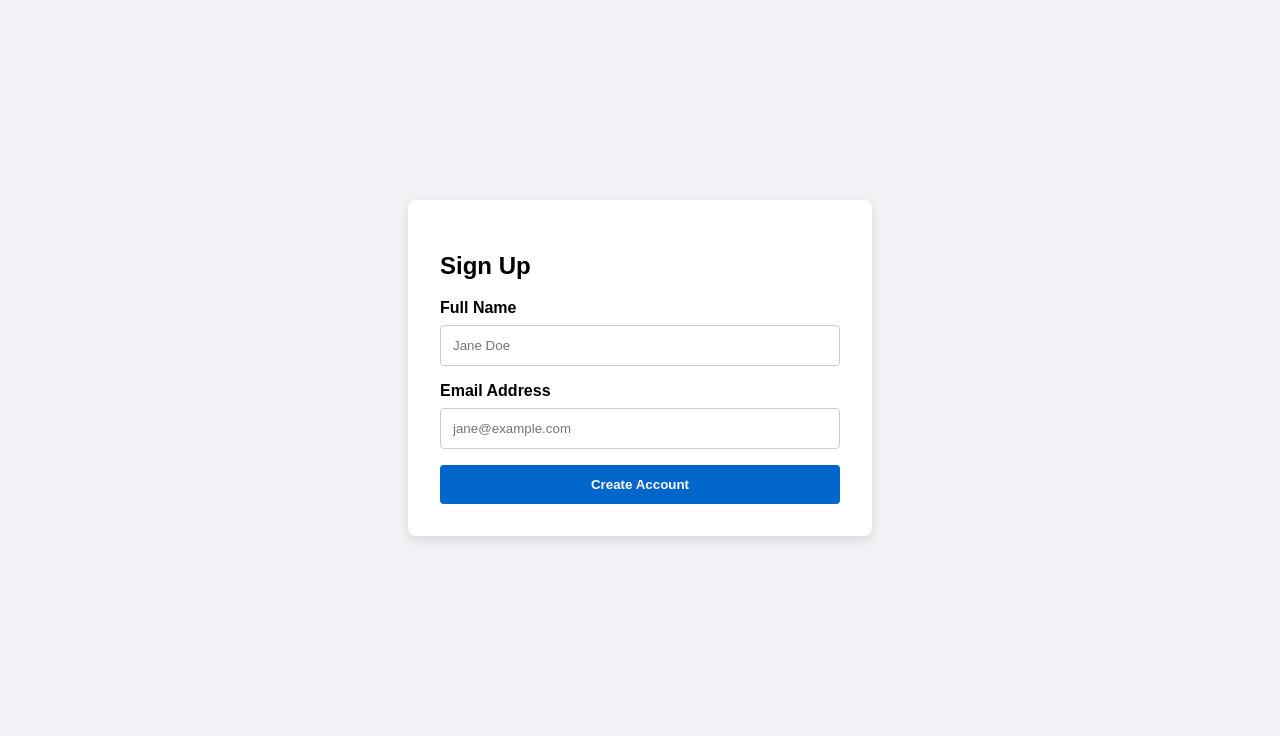
Repository: scherron56/nbbtm-central-cms
Page: http://localhost/register.php
The author's editor kept a copy of each file at every save. The page is drawn from the files as they stood at one save, then again after the next save.
The browser window is 1280 px wide. The pictures show the whole page.
The page is run by PHP 8.4 with error messages shown; the project is at /var/www/html/.

Above is the page before, as saved 2026-08-18 12:01:32.

After the next save:
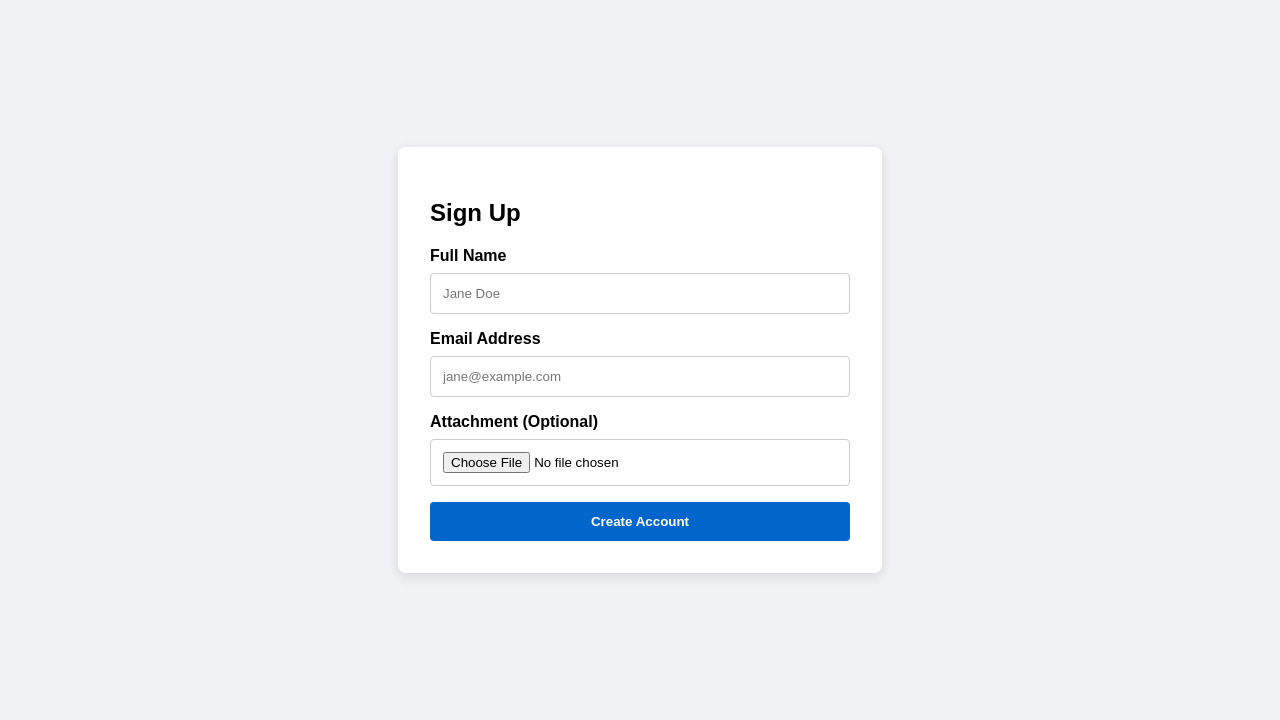
Saved 111 s later.
--- a/register.php
+++ b/register.php
@@ -1,5 +1,5 @@
 <?php
-// Enable detailed error reporting
+// Enable detailed error reporting for development
 ini_set('display_errors', 1);
 ini_set('display_startup_errors', 1);
 error_reporting(E_ALL);
@@ -10,8 +10,8 @@ require_once __DIR__ . '/email_templates.php';
 $message = '';
 $statusClass = '';
 
-// Check if form was submitted safely (handles missing REQUEST_METHOD in CLI/edge environments)
-if (($_SERVER['REQUEST_METHOD'] ?? 'GET') === 'POST') {
+// Check if form was submitted
+if ($_SERVER['REQUEST_METHOD'] === 'POST') {
     $name  = trim($_POST['name'] ?? '');
     $email = filter_var($_POST['email'] ?? '', FILTER_VALIDATE_EMAIL);
 
@@ -19,11 +19,20 @@ if (($_SERVER['REQUEST_METHOD'] ?? 'GET') === 'POST') {
         // 1. Generate the HTML template
         $emailHtml = getWelcomeEmailTemplate($name);
 
-        // 2. Send the Welcome Email via Brevo
-        $result = sendEmail($email, $name, 'Welcome to Our App!', $emailHtml);
+        // 2. Handle optional file upload
+        $attachments = [];
+        if (isset($_FILES['attachment']) && $_FILES['attachment']['error'] === UPLOAD_ERR_OK) {
+            $attachments[] = [
+                'path' => $_FILES['attachment']['tmp_name'],
+                'name' => $_FILES['attachment']['name']
+            ];
+        }
+
+        // 3. Send the Welcome Email via Brevo
+        $result = sendEmail($email, $name, 'Welcome to Our App!', $emailHtml, $attachments);
 
         if ($result['success']) {
-            $message = "Registration successful! Check your inbox ($email) for a welcome message.";
+            $message = "Registration successful! Check your inbox ({$email}) for a welcome message.";
             $statusClass = "success";
         } else {
             $message = "Account created, but email delivery failed. Error: " . $result['error'];
@@ -42,11 +51,11 @@ if (($_SERVER['REQUEST_METHOD'] ?? 'GET') === 'POST') {
     <meta charset="UTF-8">
     <title>Create an Account</title>
     <style>
-        body { font-family: sans-serif; display: flex; justify-content: center; align-items: center; min-height: 100vh; background: #f0f2f5; }
-        .card { background: white; padding: 2rem; border-radius: 8px; width: 100%; max-width: 400px; box-shadow: 0 4px 12px rgba(0,0,0,0.1); }
+        body { font-family: sans-serif; display: flex; justify-content: center; align-items: center; min-height: 100vh; background: #f0f2f5; margin: 0; }
+        .card { background: white; padding: 2rem; border-radius: 8px; width: 100%; max-width: 420px; box-shadow: 0 4px 12px rgba(0,0,0,0.1); }
         .form-group { margin-bottom: 1rem; }
         label { display: block; margin-bottom: .5rem; font-weight: bold; }
-        input { width: 100%; padding: .75rem; border: 1px solid #ccc; border-radius: 4px; box-sizing: border-box; }
+        input[type="text"], input[type="email"], input[type="file"] { width: 100%; padding: .75rem; border: 1px solid #ccc; border-radius: 4px; box-sizing: border-box; }
         button { width: 100%; padding: .75rem; background: #0066cc; color: white; border: none; border-radius: 4px; font-weight: bold; cursor: pointer; }
         button:hover { background: #0052a3; }
         .alert { padding: 1rem; margin-bottom: 1rem; border-radius: 4px; font-size: 0.9rem; }
@@ -63,7 +72,7 @@ if (($_SERVER['REQUEST_METHOD'] ?? 'GET') === 'POST') {
         <div class="alert <?= $statusClass ?>"><?= $message ?></div>
     <?php endif; ?>
 
-    <form action="register.php" method="POST">
+    <form action="register.php" method="POST" enctype="multipart/form-data">
         <div class="form-group">
             <label for="name">Full Name</label>
             <input type="text" id="name" name="name" required placeholder="Jane Doe">
@@ -74,6 +83,11 @@ if (($_SERVER['REQUEST_METHOD'] ?? 'GET') === 'POST') {
             <input type="email" id="email" name="email" required placeholder="jane@example.com">
         </div>
 
+        <div class="form-group">
+            <label for="attachment">Attachment (Optional)</label>
+            <input type="file" id="attachment" name="attachment">
+        </div>
+
         <button type="submit">Create Account</button>
     </form>
 </div>
